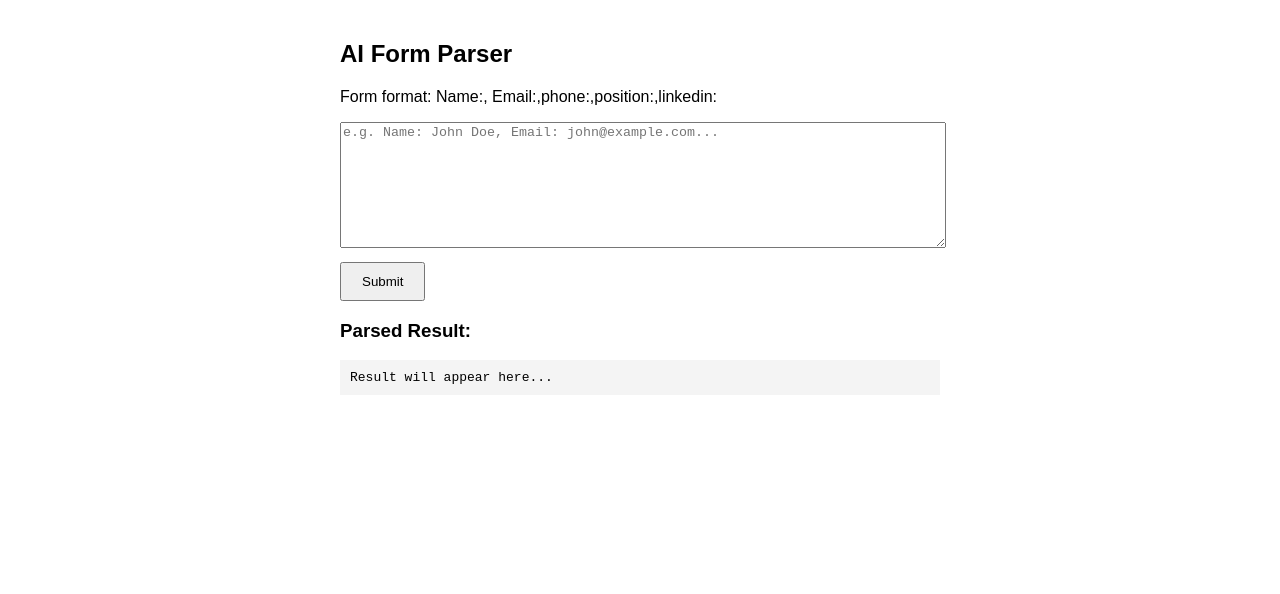
Repository: Mohitkumar1322/AIForm
Page: http://localhost/
These files come from the project's save history. The page is drawn as it stood at one moment and after the next save; the edit follows.
The browser window is 1280 px wide. The pictures show the whole page.
The page is served by the project's application, run on Flask 3 (main.py).

Above is the page before, as saved 2025-07-18 10:31:00.

After the next save:
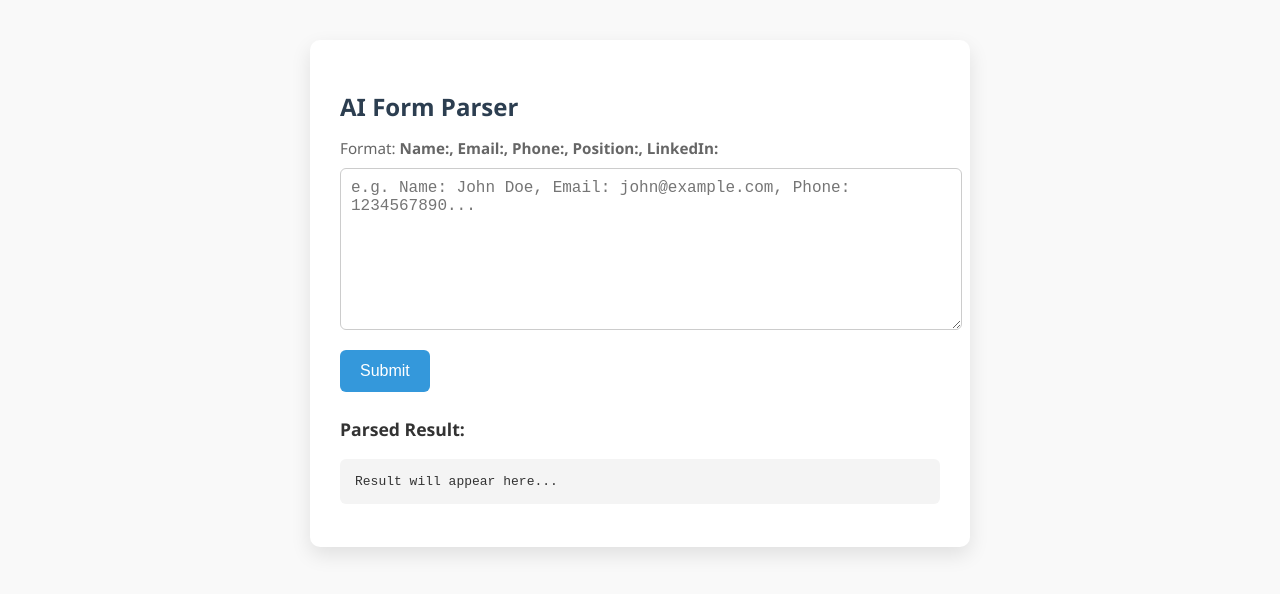
Saved 2 min 19 s later.
--- a/templates/index.html
+++ b/templates/index.html
@@ -1,55 +1,134 @@
 <!DOCTYPE html>
-<html>
+<html lang="en">
 <head>
+    <meta charset="UTF-8">
+    <meta name="viewport" content="width=device-width, initial-scale=1.0">
     <title>AI Form Parser</title>
     <style>
+        :root {
+            --primary-color: #2c3e50;
+            --accent-color: #3498db;
+            --bg-color: #f9f9f9;
+            --text-color: #333;
+        }
+
         body {
-            font-family: sans-serif;
+            font-family: 'Segoe UI', Tahoma, Geneva, Verdana, sans-serif;
+            background-color: var(--bg-color);
+            color: var(--text-color);
+            margin: 0;
+            padding: 0;
+            display: flex;
+            justify-content: center;
+            align-items: flex-start;
+            min-height: 100vh;
+        }
+
+        .container {
+            background: #fff;
+            padding: 30px;
+            margin: 40px 20px;
+            border-radius: 10px;
+            box-shadow: 0 8px 20px rgba(0, 0, 0, 0.1);
             max-width: 600px;
-            margin: auto;
-            padding: 20px;
+            width: 100%;
         }
+
+        h2 {
+            color: var(--primary-color);
+            margin-bottom: 10px;
+        }
+
+        p {
+            font-size: 0.95rem;
+            margin-bottom: 10px;
+            color: #666;
+        }
+
         textarea {
             width: 100%;
-            height: 120px;
+            height: 140px;
+            padding: 10px;
+            font-size: 1rem;
+            border: 1px solid #ccc;
+            border-radius: 6px;
+            resize: vertical;
+            margin-bottom: 15px;
         }
+
         button {
-            padding: 10px 20px;
-            margin-top: 10px;
+            background-color: var(--accent-color);
+            color: #fff;
+            border: none;
+            padding: 12px 20px;
+            font-size: 1rem;
+            border-radius: 6px;
+            cursor: pointer;
+            transition: background-color 0.3s ease;
         }
+
+        button:hover {
+            background-color: #2980b9;
+        }
+
+        h3 {
+            margin-top: 25px;
+            font-size: 1.1rem;
+        }
+
         pre {
             background-color: #f4f4f4;
-            padding: 10px;
+            padding: 15px;
+            border-radius: 6px;
+            white-space: pre-wrap;
+            word-wrap: break-word;
+        }
+
+        @media (max-width: 480px) {
+            .container {
+                padding: 20px;
+            }
+
+            button {
+                width: 100%;
+            }
         }
     </style>
 </head>
 <body>
-    <h2>AI Form Parser</h2>
-    <p>Form format: Name:, Email:,phone:,position:,linkedin:</p>
-    <textarea id="prompt" placeholder="e.g. Name: John Doe, Email: john@example.com..."></textarea>
-    <br>
-    <button onclick="submitForm()">Submit</button>
-    <h3>Parsed Result:</h3>
-    <pre id="result">Result will appear here...</pre>
+    <div class="container">
+        <h2>AI Form Parser</h2>
+        <p>Format: <strong>Name:, Email:, Phone:, Position:, LinkedIn:</strong></p>
+        <textarea id="prompt" placeholder="e.g. Name: John Doe, Email: john@example.com, Phone: 1234567890..."></textarea>
+        <button onclick="submitForm()">Submit</button>
+        <h3>Parsed Result:</h3>
+        <pre id="result">Result will appear here...</pre>
+    </div>
 
     <script>
         async function submitForm() {
             const prompt = document.getElementById("prompt").value;
             const resultBox = document.getElementById("result");
 
-            const response = await fetch("/parse-form", {
-                method: "POST",
-                headers: {
-                    "Content-Type": "application/json"
-                },
-                body: JSON.stringify({ prompt })
-            });
+            resultBox.textContent = "Processing... Please wait.";
 
-            const data = await response.json();
-            if (data.status === "success") {
-                resultBox.textContent = data.result;
-            } else {
-                resultBox.textContent = "Error: " + data.message;
+            try {
+                const response = await fetch("/parse-form", {
+                    method: "POST",
+                    headers: {
+                        "Content-Type": "application/json"
+                    },
+                    body: JSON.stringify({ prompt })
+                });
+
+                const data = await response.json();
+                if (data.status === "success") {
+                    resultBox.textContent = data.result;
+                } else {
+                    resultBox.textContent = "Error: " + data.message;
+                }
+            } catch (err) {
+                resultBox.textContent = "Error: " + err.message;
             }
         }
     </script>
